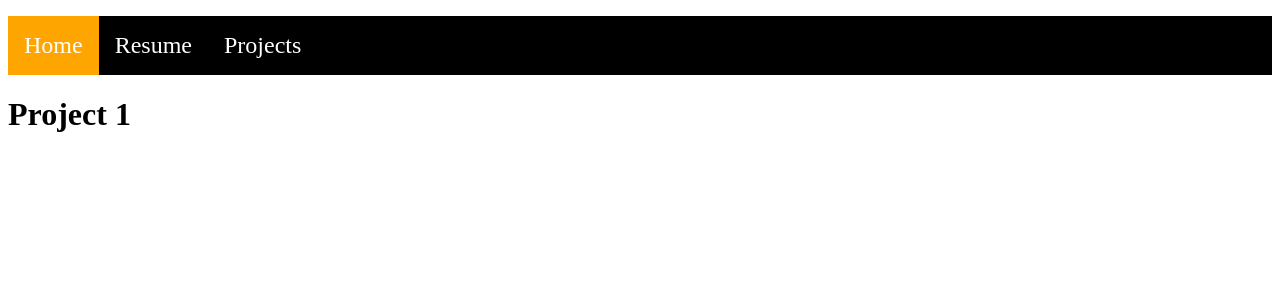
Repository: TangDylan/TangDylan.github.io
Page: project1.html
The author's editor kept a record of every edit. The page is drawn from the files as they stood at one moment, then again after the next edit.
The browser window is 1280 px wide. The pictures show the whole page.

Above is the page before.

After the next edit:
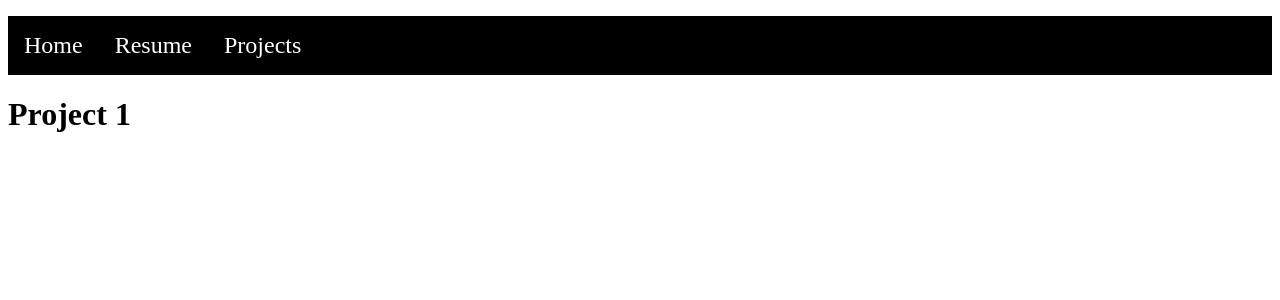
The edit:
--- a/project1.html
+++ b/project1.html
@@ -11,7 +11,7 @@
     <body>
 
       <ul class="navbar">
-        <li class="active"><a href="index.html">Home</a></li>
+        <li><a href="index.html">Home</a></li>
         <li><a href="resume.html">Resume</a></li>
         <li class="dropdown">
           <div>Projects</div>
